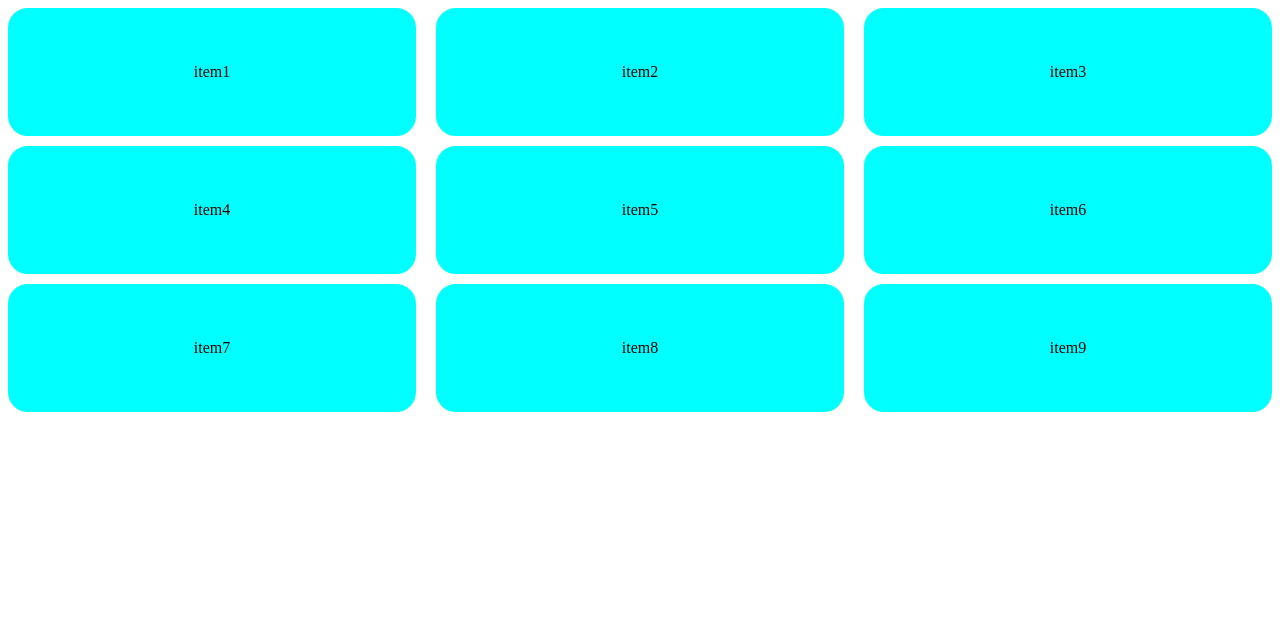
Repository: Pema-yangki/Css
Page: col.html
An editor plug-in stored every save of this project. The page is shown before and after a run of saves, followed by the edit.
The browser window is 1280 px wide. The pictures show the whole page.

Above is the page before, as saved 2024-04-05 14:52:54.

### col.html
<!DOCTYPE html>
<html lang="en">
<head>
    <meta charset="UTF-8">
    <meta name="viewport" content="width=device-width, initial-scale=1.0">
    <title>Document</title>
    <style>
        .grid{
            display: grid;
            grid-template-columns: auto auto auto;
            grid-template-rows: auto auto auto;
            row-gap: 10px;
            column-gap: 20px;
            /* grid-auto-columns: 150px; */
            grid-auto-flow: row;


        }
        .grid > div{
            padding: 50px;
            text-align:center ;
            background-color:aqua;
            border: 5px solid aqua;
            border-radius: 20px;
        }
        .item1{
            /* grid-area: 1/1/span 2/span 2; */
            /* grid-row: 1/ span 3; */
        }

        .item2{
            /* grid-column-start: 2; */
            /* grid-row-start: 2; */
            /* grid-column-end: span 3; */
        }

        /* .item9{
            grid-area: 3/3/span 1/ span 3;
        }
         */
    </style>
</head>
<body>
    <div class="grid">
    <div class="item1">item1</div>
    <div class="item2">item2</div>
    <div class="item3">item3</div>
    <div class="item4">item4</div>
    <div class="item5">item5</div>
    <div class="item6">item6</div>
    <div class="item7">item7</div>
    <div class="item8">item8</div>
    <div class="item9">item9</div>
    </div>

</body>
</html>

After the next 3 saves:
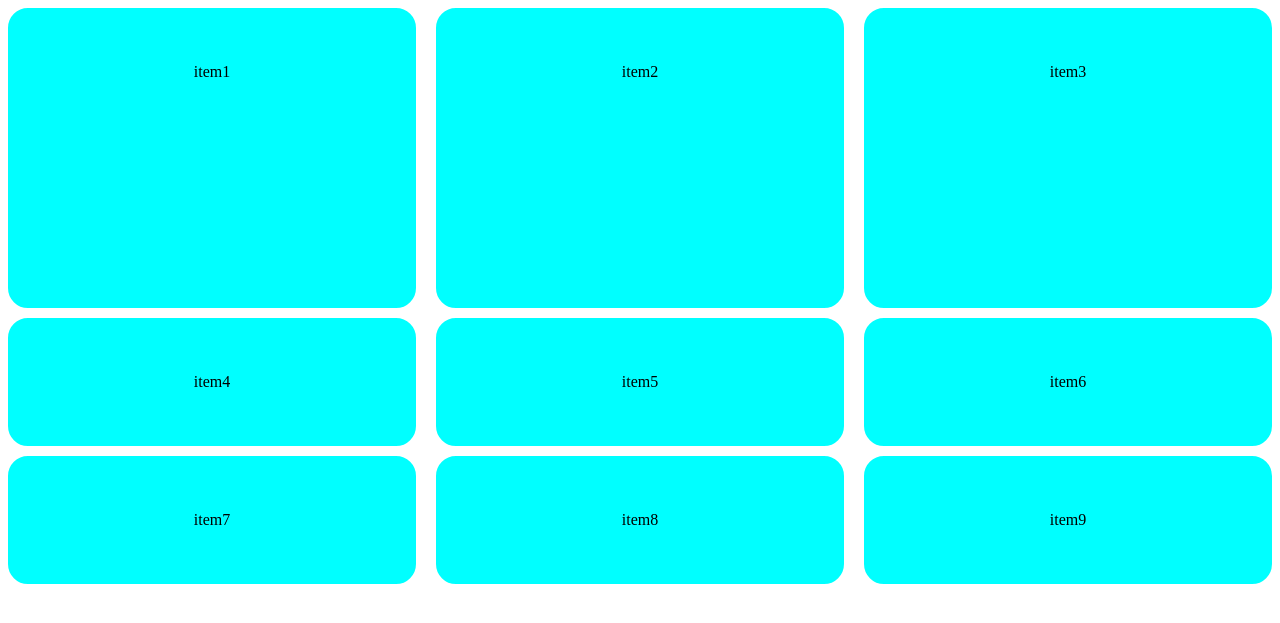
The 3 saves are shown as one change because they came seconds apart.
The last was saved 52 s later.
--- a/col.html
+++ b/col.html
@@ -8,7 +8,7 @@
         .grid{
             display: grid;
             grid-template-columns: auto auto auto;
-            grid-template-rows: auto auto auto;
+            grid-template-rows: 300px auto auto;
             row-gap: 10px;
             column-gap: 20px;
             /* grid-auto-columns: 150px; */

After the save that followed:
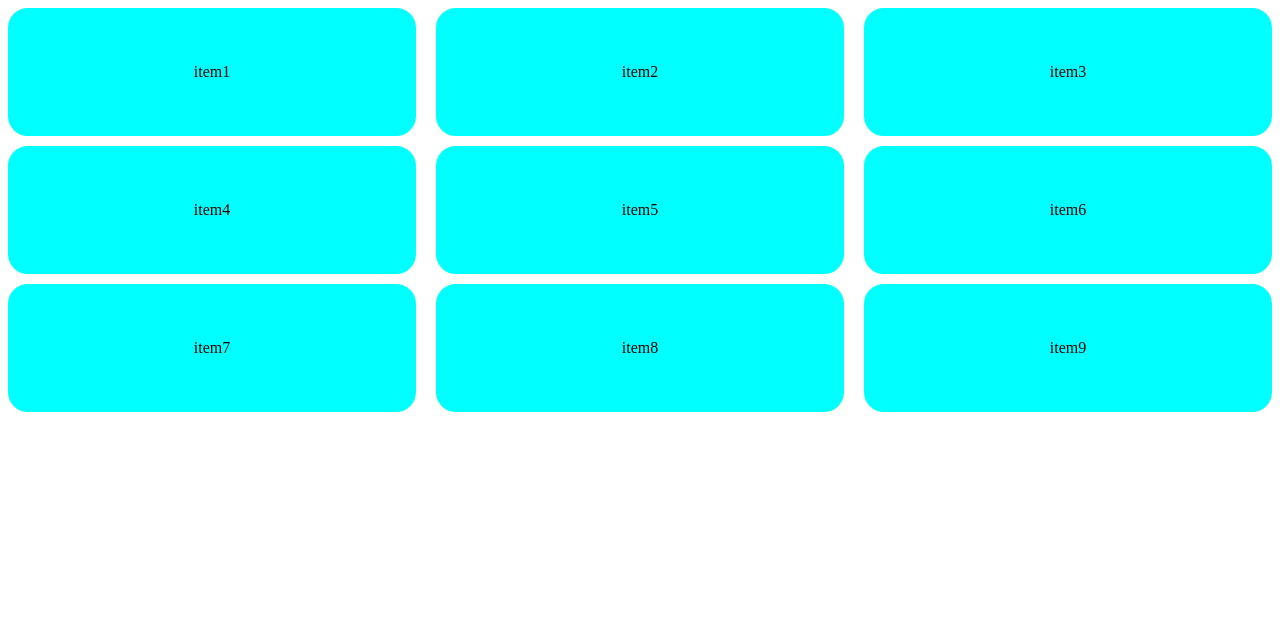
Saved 14 s later.
--- a/col.html
+++ b/col.html
@@ -8,7 +8,7 @@
         .grid{
             display: grid;
             grid-template-columns: auto auto auto;
-            grid-template-rows: 300px auto auto;
+            grid-template-rows: auto auto auto;
             row-gap: 10px;
             column-gap: 20px;
             /* grid-auto-columns: 150px; */
